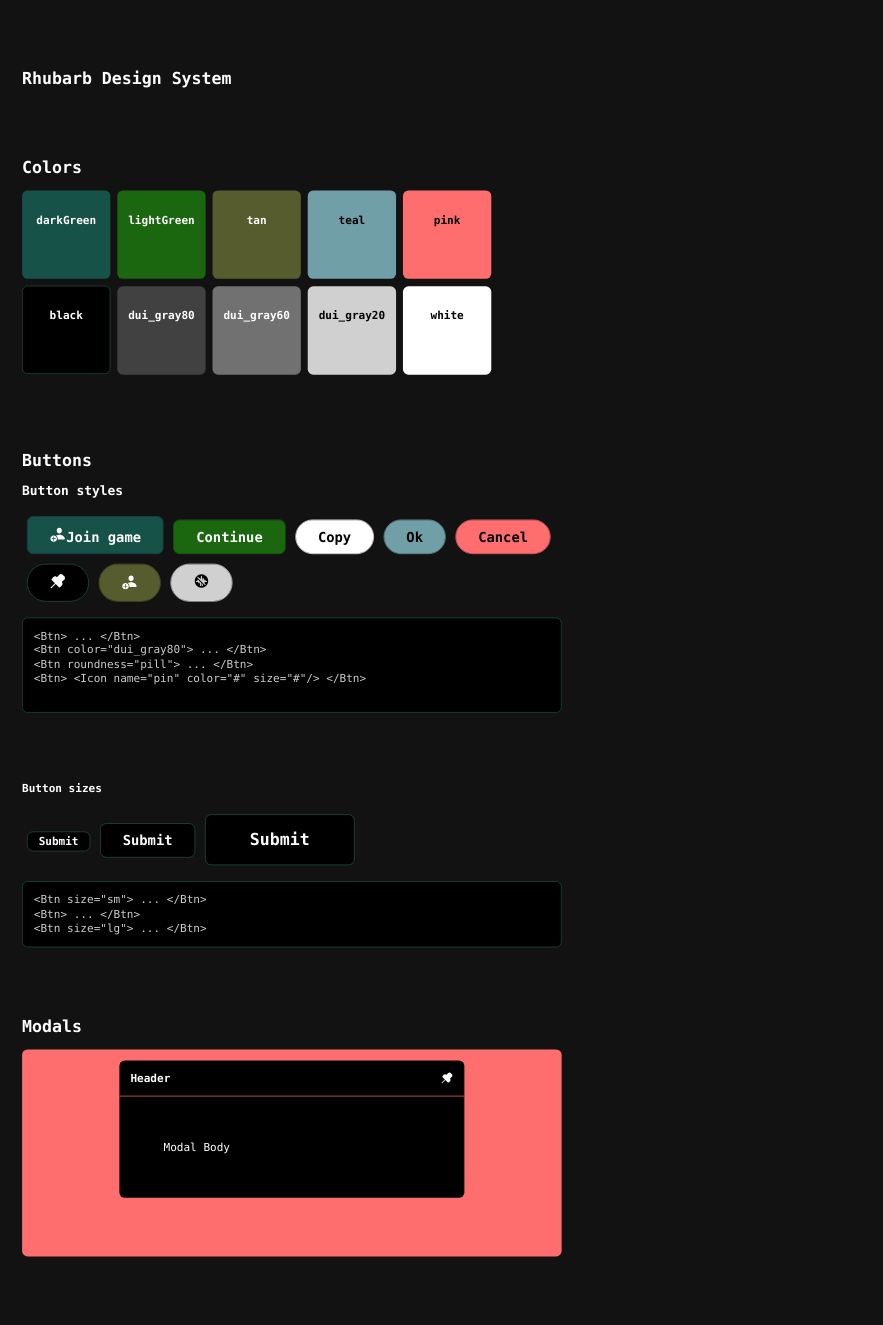
Repository: kttalley/designing-with-data_react-class
Page: / (app in lesson6_design-system-component-extension/)
An editor plug-in stored every save of this project. The page is shown before and after the next save, followed by the edit.
The browser window is 1280 px wide. The pictures show the whole page, at 69% of full size.
The project was rebuilt for these pictures with package versions that can differ from the ones it lists, and the page was loaded fresh each time. Imported but missing from the stored project, and not drawn on this page: lesson6_design-system-component-extension/src/Rhubarb/Input.

Above is the page before, as saved 2023-09-01 13:11:20.

After the next save:
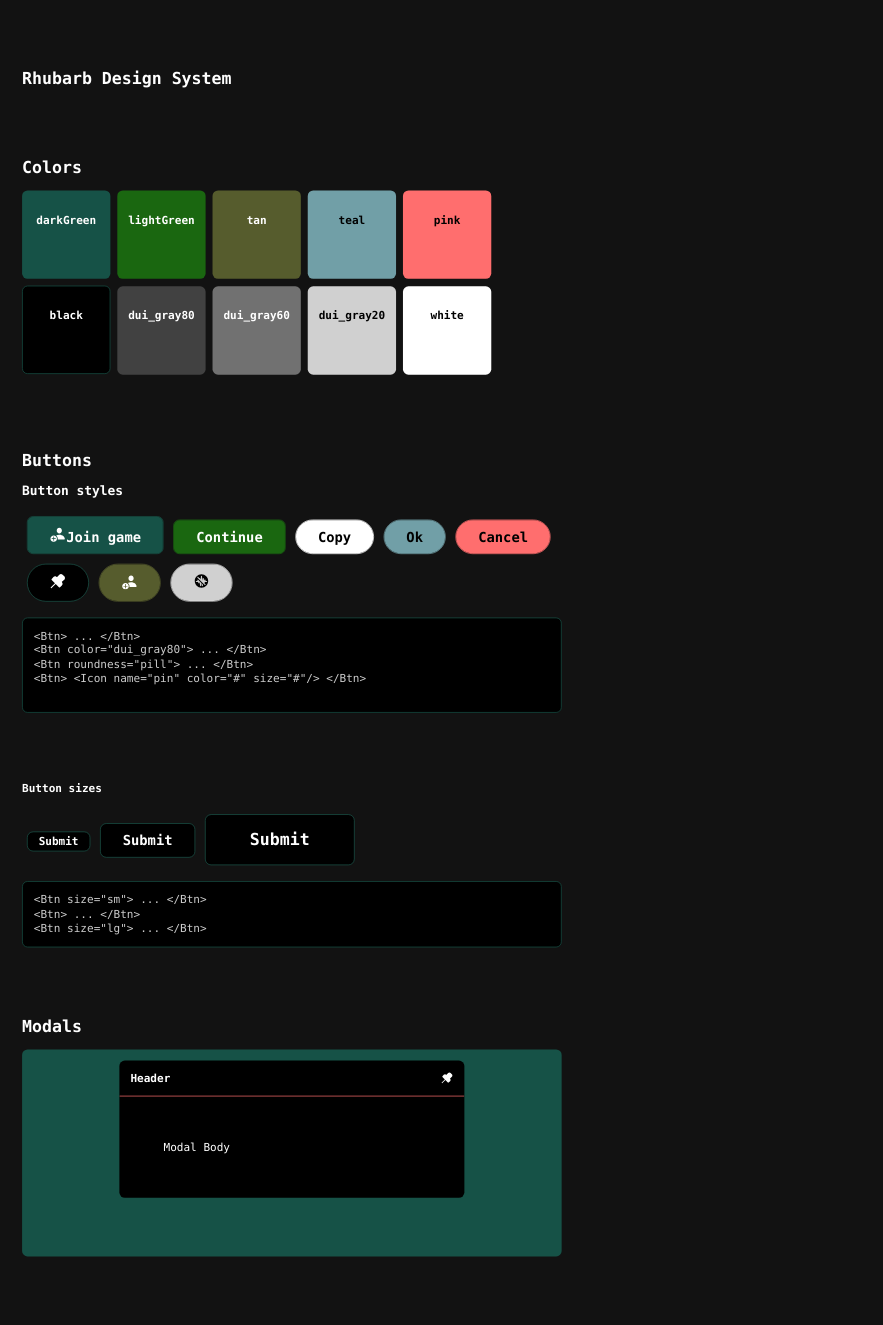
Saved 7 s later.
--- a/lesson6_design-system-component-extension/src/Docs/index.js
+++ b/lesson6_design-system-component-extension/src/Docs/index.js
@@ -26,7 +26,7 @@ export const DocsModalContainer = styled.section`
   height: 300px;
   border-radius: 8px;
   padding: 1rem;
-  background: ${color.pink}
+  background: ${color.darkGreen}
 `;
 
 export const DocsCodeBlock = styled.code`
